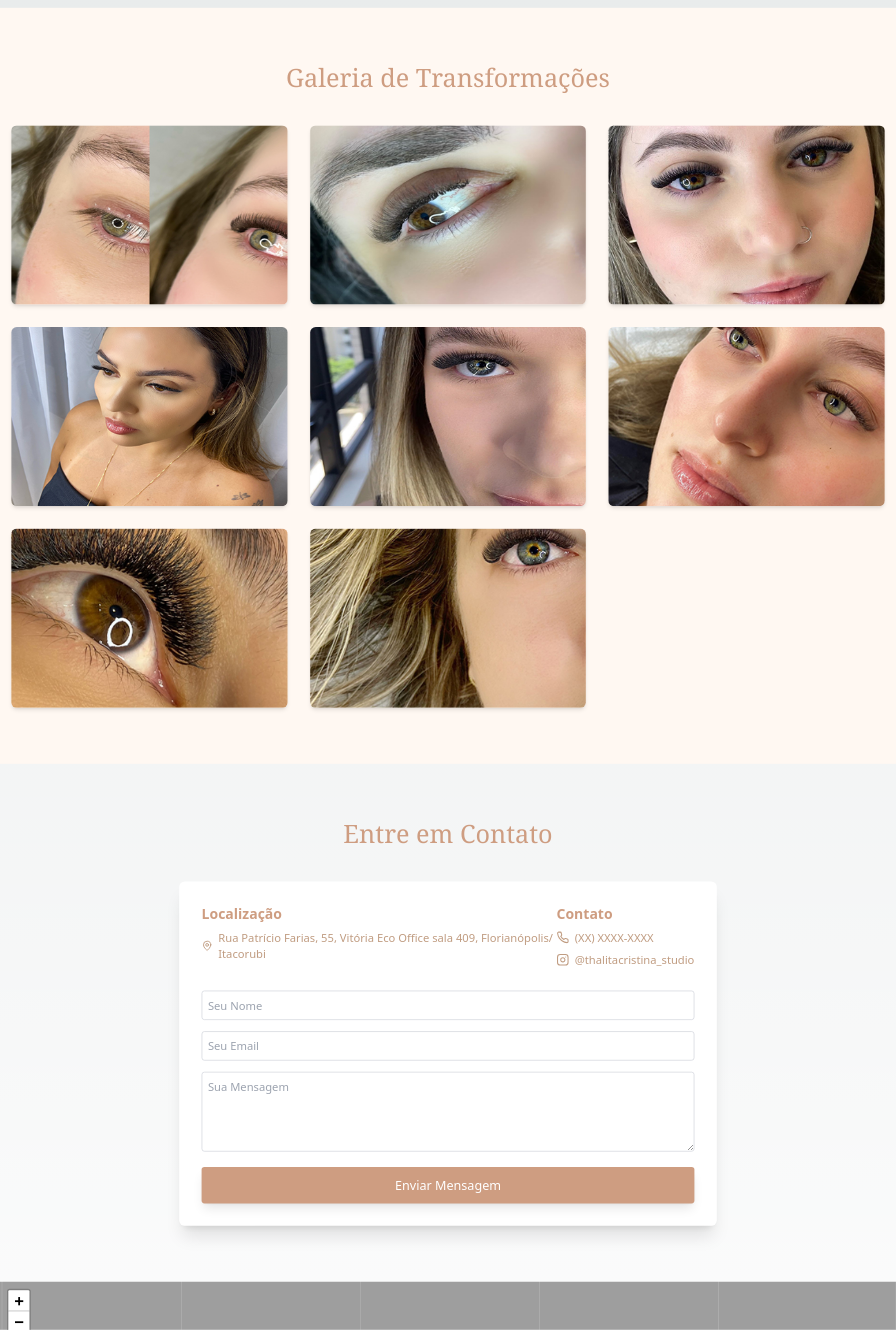
Repository: fhoinaski/thalitapage
Page: /
An editor plug-in stored every save of this project. The page is shown before and after the next save, followed by the edit.
The browser window is 1280 px wide. The pictures show the part of the page from y = 2033 to 3933 px (the page is 4352 px tall before and 4512 px after), at 70% of full size.
Pictures or frames that could not be fetched are drawn as grey boxes. The project was rebuilt for these pictures with package versions that can differ from the ones it lists, and the page was loaded fresh each time. The framework's server and built-in components were replaced by stand-ins that run in the browser. Also part of the build but not shown: next.config.mjs.

Above is the page before, as saved 2024-07-01 00:32:42.

After the next save:
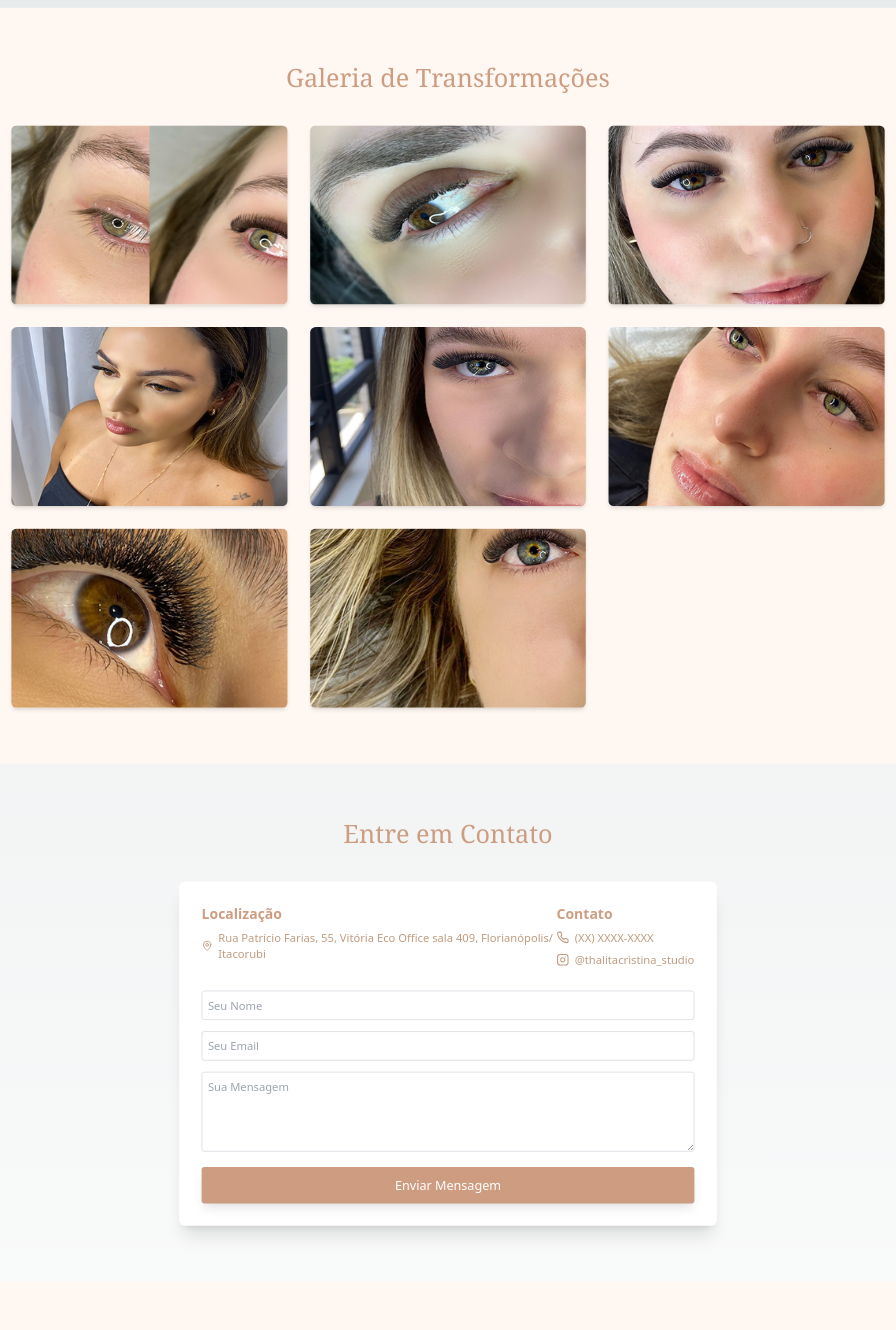
Saved 7 s later.
--- a/src/components/AddresMap.js
+++ b/src/components/AddresMap.js
@@ -1,8 +1,25 @@
-import React from 'react';
+import {
+  motion,
+  AnimatePresence,
+  useAnimate,
+  stagger,
+  useInView,
+} from "framer-motion";
 import { MapContainer, TileLayer, Marker, Popup } from 'react-leaflet';
 import 'leaflet/dist/leaflet.css';
 import L from 'leaflet';
 
+
+const colors = {
+  primary: "#f8dbc5",
+  secondary: "#CE9D81",
+  terciary: "#333333",
+  "text-white": "#fff8f2",
+  text: "#C09C81",
+  background: "#FFF8F2",
+  accent: "#CD853F",
+
+};
 
 
 const customIcon = new L.Icon({
@@ -12,10 +29,29 @@ const customIcon = new L.Icon({
   popupAnchor: [0, -32]
 });
 
+
+
 const AddressMap = () => {
   const position = [-27.574766, -48.510267]; // Latitude e Longitude para Florianópolis
 
   return (
+    <motion.section
+    id="sobre"
+    className="py-20"
+    style={{ backgroundColor: colors.background }}
+    initial={{ opacity: 0 }}
+    whileInView={{ opacity: 1 }}
+    transition={{ duration: 0.8 }}
+    viewport={{ once: true }}
+  >
+    <div className="container mx-auto px-4">
+      <motion.div
+        initial={{ y: 50, opacity: 0 }}
+        whileInView={{ y: 0, opacity: 1 }}
+        transition={{ duration: 0.8 }}
+        viewport={{ once: true }}
+        className="max-w-3xl mx-auto text-center"
+      >
     <div style={{ height: '400px', width: '100%' }}>
       <MapContainer center={position} zoom={15} style={{ height: '100%', width: '100%' }}>
       <TileLayer
@@ -31,6 +67,9 @@ const AddressMap = () => {
         </Marker>
       </MapContainer>
     </div>
+    </motion.div>
+    </div>
+  </motion.section>
   );
 };
 
